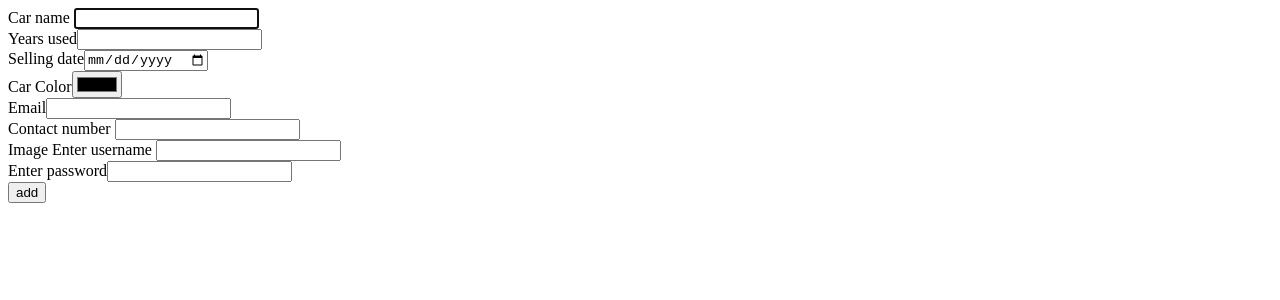
Repository: parthp17/273-Homework1
Page: Homework1/workspace/homework1/WebContent/InputTypes.html
The author's editor kept a copy of each file at every save. The page is drawn from the files as they stood at one save, then again after a run of saves.
The browser window is 1280 px wide. The pictures show the whole page.

Above is the page before, as saved 2016-09-09 16:20:08.

After the next 2 saves:
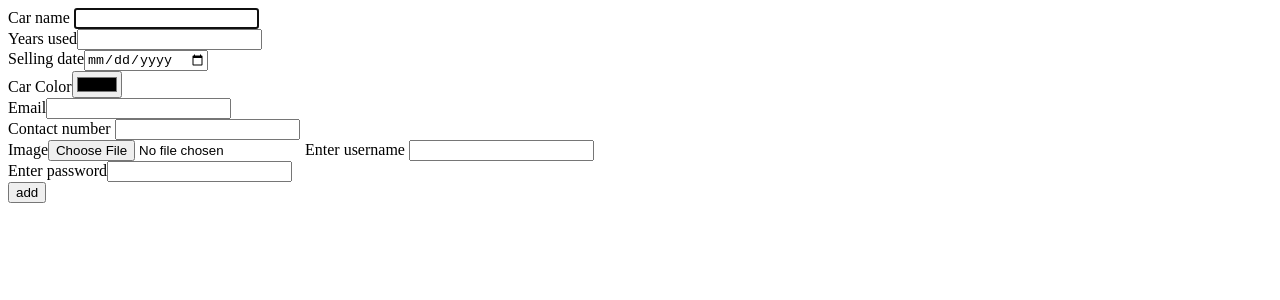
The 2 saves are shown as one change because they came seconds apart.
The last was saved 13 s later.
--- a/Homework1/workspace/homework1/WebContent/InputTypes.html
+++ b/Homework1/workspace/homework1/WebContent/InputTypes.html
@@ -12,7 +12,7 @@
 	 Car Color<input type="color" name="carcolor" id = "carcolor"><br>
 	 Email<input type = "email" id = "email"required="required"><br>
 	 Contact number <input type= "tel" name = "contactnum" id = "contactnum"><br>
-	 Image
+	 Image<input type = "file" >
 	 Enter username <input type = "text" id ="username" required="required"><br>
 	 Enter password<input type = "password" maxlength="16" id = "password" required="required"><br>
 
